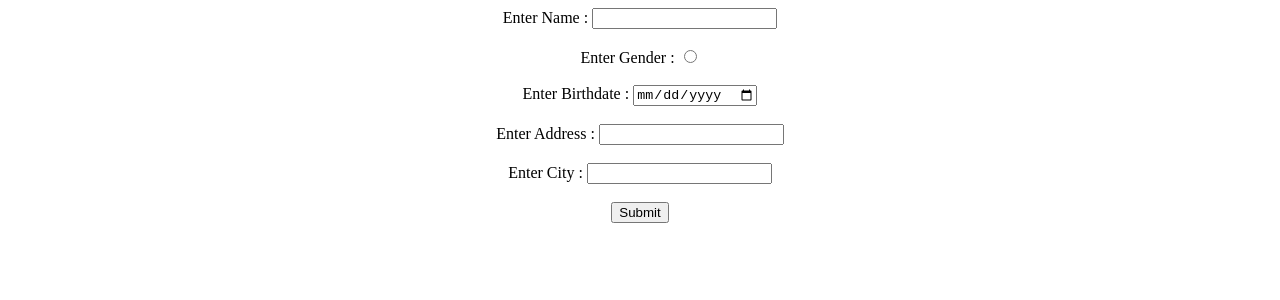
Repository: Vishalrathod8788/JEE
Page: Connectivity_demo/WebContent/index.html
An editor plug-in stored every save of this project. The page is shown before and after a run of saves, followed by the edit.
The browser window is 1280 px wide. The pictures show the whole page.

Above is the page before, as saved 2023-09-30 11:27:43.

### Connectivity_demo/WebContent/index.html
<!DOCTYPE html>
<html>
<head>
<meta charset="ISO-8859-1">
<title>Insert title here</title>
</head>
<body>
	<form action="Insert_demo" method="post" style="text-align: center;">
		Enter Name :
		<input type="text" name="txtName" requeired /><br /><br />
		Enter Gender :
		<input type="radio" name="rbtMale" requeired /><br /><br />
		Enter Birthdate :
		<input type="date" name="txtBdate" requeired /><br /><br />
		Enter Address :
		<input type="text" name="txtAdd" requeired /><br /><br />
		Enter City :
		<input type="text" name="txtCity" requeired /><br /><br />
		<input type="submit" value="Submit" />
	</form>
</body>
</html>

After the next 2 saves:
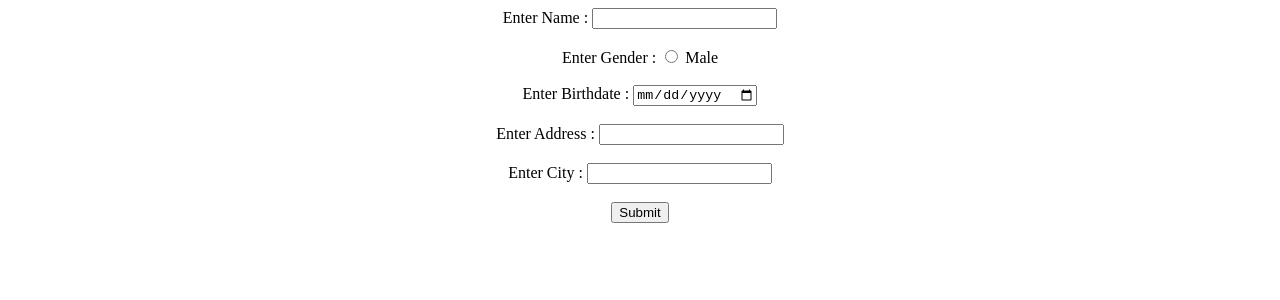
The 2 saves are shown as one change because they came seconds apart.
The last was saved 11 s later.
--- a/Connectivity_demo/WebContent/index.html
+++ b/Connectivity_demo/WebContent/index.html
@@ -9,7 +9,7 @@
 		Enter Name :
 		<input type="text" name="txtName" requeired /><br /><br />
 		Enter Gender :
-		<input type="radio" name="rbtMale" requeired /><br /><br />
+		<input type="radio" name="rbtMale" /> Male<br /><br />
 		Enter Birthdate :
 		<input type="date" name="txtBdate" requeired /><br /><br />
 		Enter Address :
